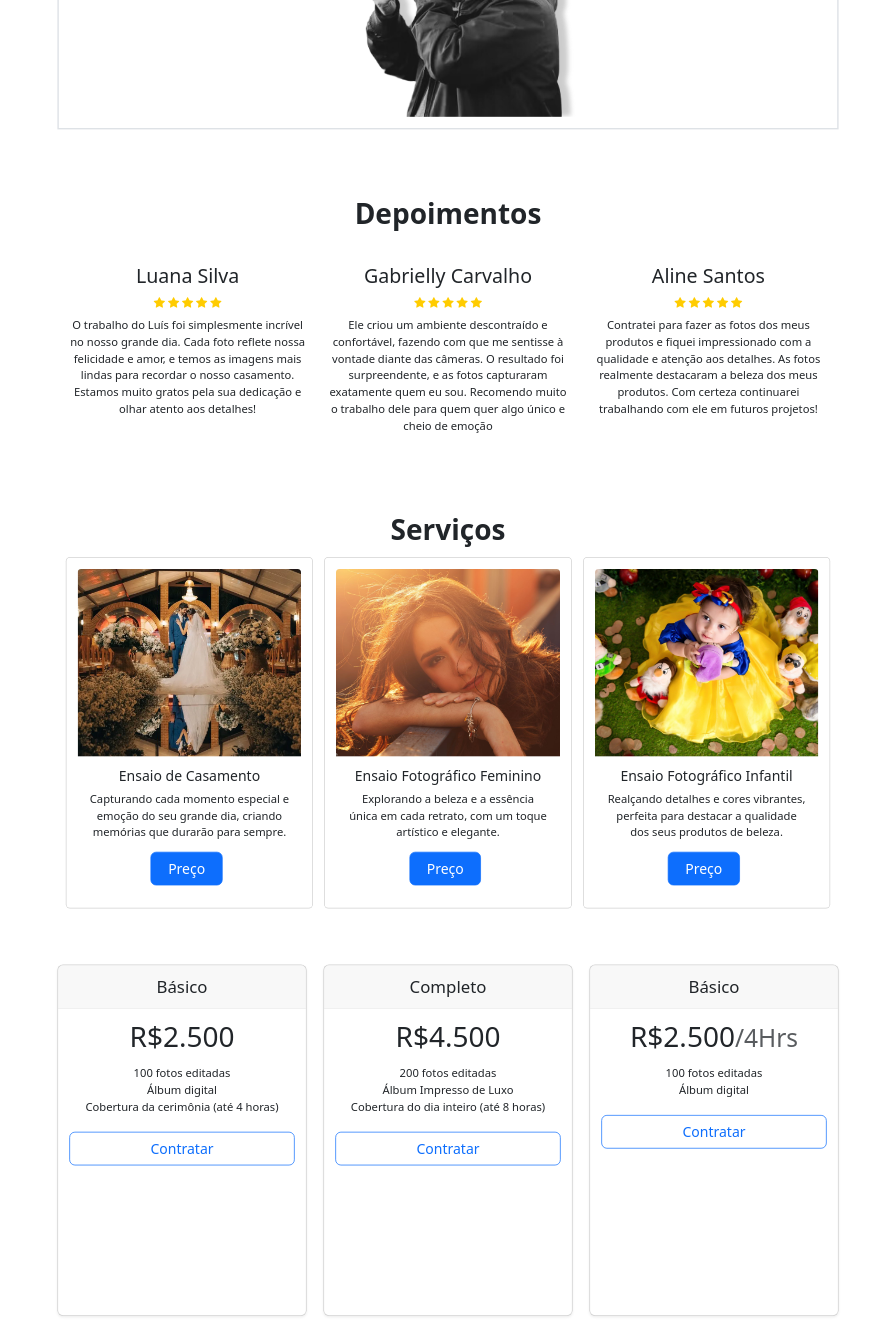
Repository: Marinalr-25/portifolio-fotografia
Page: index.html
An editor plug-in stored every save of this project. The page is shown before and after the next save, followed by the edit.
The browser window is 1280 px wide. The pictures show the part of the page from y = 2107 to 4027 px (the page is 4027 px tall), at 70% of full size.
A picture or video elsewhere on the page could not be fetched, so the positions and the page height are approximate.

Above is the page before, as saved 2025-01-20 13:38:25.

### index.html
<!DOCTYPE html>
<html lang="pt-BR" data-bs-theme="dark">
  <head>
    <meta charset="utf-8" />
    <meta name="viewport" content="width=device-width, initial-scale=1" />
    <title>Portifolio Fotográfia</title>
    <link
      href="https://cdn.jsdelivr.net/npm/bootstrap@5.3.3/dist/css/bootstrap.min.css"
      rel="stylesheet"
      integrity="sha384-QWTKZyjpPEjISv5WaRU9OFeRpok6YctnYmDr5pNlyT2bRjXh0JMhjY6hW+ALEwIH"
      crossorigin="anonymous"
    />
    <!-- Bootstrap Icons -->
    <link
      href="https://cdn.jsdelivr.net/npm/bootstrap-icons/font/bootstrap-icons.css"
      rel="stylesheet"
    />
    <link rel="stylesheet" href="css/style.css" />
  </head>
  <body>
    <!-- Header -->
    <div class="container">
      <header
        class="d-flex flex-wrap justify-content-center py-3 mb-4 border-bottom fixed-top header header-light"
      >
        <a
          href="/"
          class="d-flex align-items-center mb-3 mb-md-0 me-md-auto link-body-emphasis text-decoration-none"
        >
          <svg
            xmlns="http://www.w3.org/2000/svg"
            width="40"
            height="32"
            class="d-block m-4 my-1 m"
            viewBox="0 0 118 94"
            role="img"
          >
            <title>Bootstrap</title>
            <path
              fill-rule="evenodd"
              clip-rule="evenodd"
              d="M24.509 0c-6.733 0-11.715 5.893-11.492 12.284.214 6.14-.064 14.092-2.066 20.577C8.943 39.365 5.547 43.485 0 44.014v5.972c5.547.529 8.943 4.649 10.951 11.153 2.002 6.485 2.28 14.437 2.066 20.577C12.794 88.106 17.776 94 24.51 94H93.5c6.733 0 11.714-5.893 11.491-12.284-.214-6.14.064-14.092 2.066-20.577 2.009-6.504 5.396-10.624 10.943-11.153v-5.972c-5.547-.529-8.934-4.649-10.943-11.153-2.002-6.484-2.28-14.437-2.066-20.577C105.214 5.894 100.233 0 93.5 0H24.508zM80 57.863C80 66.663 73.436 72 62.543 72H44a2 2 0 01-2-2V24a2 2 0 012-2h18.437c9.083 0 15.044 4.92 15.044 12.474 0 5.302-4.01 10.049-9.119 10.88v.277C75.317 46.394 80 51.21 80 57.863zM60.521 28.34H49.948v14.934h8.905c6.884 0 10.68-2.772 10.68-7.727 0-4.643-3.264-7.207-9.012-7.207zM49.948 49.2v16.458H60.91c7.167 0 10.964-2.876 10.964-8.281 0-5.406-3.903-8.178-11.425-8.178H49.948z"
              fill="currentColor"
            ></path>
          </svg>
          <span class="fs-4">Fotográfo Bootstrap</span>
        </a>

        <ul class="nav nav-pills">
          <li class="nav-item">
            <a href="#home" class="nav-link" aria-current="page">Home</a>
          </li>
          <li class="nav-item">
            <a href="#galeria" class="nav-link">Galeria</a>
          </li>
          <li class="nav-item">
            <a href="#sobre" class="nav-link">Sobre mim</a>
          </li>
          <li class="nav-item">
            <a href="#clientes" class="nav-link">Depoimentos</a>
          </li>
          <li class="nav-item">
            <a href="#servicos" class="nav-link">Serviços</a>
          </li>
          <li class="nav-item">
            <a href="#contato" class="nav-link">Contato</a>
          </li>
          <button id="toggleThemeBtn" class="btn btn-light me-3">
            <i id="themeIcon" class="bi bi-brightness-high"></i>
          </button>
        </ul>
      </header>
    </div>

    <!-- Hero -->
    <div id="home" class="container col-xxl-8 px-4 py-5">
      <div class="row flex-lg-row-reverse align-items-center g-5 py-5">
        <div class="col-10 col-sm-8 col-lg-6">
          <img
            src="src/fotografiaHero.jpg"
            class="d-block mx-lg-auto img-fluid img-hero"
            alt="Bootstrap Themes"
            width="700"
            height="500"
            loading="lazy"
          />
        </div>
        <div class="col-lg-6">
          <h1 class="fw-bold text-body-emphasis lh-1 mb-3">
            Capturando Momentos, Criando Memórias
          </h1>
          <p class="lead">
            Com uma abordagem única e criativa, busco capturar a essência de
            cada cena e emoção. Meu trabalho é uma mistura de técnica, paixão e
            sensibilidade. Através da minha lente, tento criar imagens que falam
            por si mesmas.
          </p>
          <div class="d-grid gap-2 d-md-flex justify-content-md-start">
            <button type="button" class="btn btn-primary btn-lg px-4 me-md-2">
              Veja meu trabalho
            </button>
            <button type="button" class="btn btn-outline-secondary btn-lg px-4">
              Entre em Contato
            </button>
          </div>
        </div>
      </div>
    </div>

    <!-- Galeria -->
    <div id="galeria" class="container text-center col-xxl-8 px-4 py-5">
      <h1 class="fw-bold mb-3">Galeria</h1>
      <div class="row">
        <div class="col-sm-6 col-md-4 col-lg-3 text-center mb-4">
          <img
            class="ensaio object-fit-cover img-thumbnail"
            src="src/galeria-ensaio1.jpg"
            alt="ensaio 1"
          />
        </div>
        <div class="caixa col-sm-6 col-md-4 col-lg-3 mb-4">
          <img
            class="ensaio object-fit-cover img-thumbnail"
            src="src/galeria-ensaio2.jpg"
            alt="ensaio 1"
          />
        </div>
        <div class="col-sm-6 col-md-4 col-lg-3 mb-4">
          <img
            class="ensaio object-fit-cover border rounded img-thumbnail"
            src="src/galeria-ensaio3.jpg"
            alt="ensaio 1"
          />
        </div>
        <div class="col-sm-6 col-md-4 col-lg-3 mb-4">
          <img
            class="ensaio object-fit-cover img-thumbnail"
            src="src/galeria-ensaio4.jpg"
            alt="ensaio 1"
          />
        </div>
        <div class="col-sm-6 col-md-4 col-lg-3 mb-4">
          <img
            class="ensaio object-fit-cover img-thumbnail"
            src="src/galeria-ensaio5.jpg"
            alt="ensaio 1"
          />
        </div>
        <div class="col-sm-6 col-md-4 col-lg-3 mb-4">
          <img
            class="ensaio menino object-fit-cover img-thumbnail"
            src="src/galeria-ensaio6.jpg"
            alt="ensaio 1"
          />
        </div>
        <div class="col-sm-6 col-md-4 col-lg-3 mb-4">
          <img
            class="ensaio object-fit-cover img-thumbnail"
            src="src/galeria-ensaio7.jpg"
            alt="ensaio 1"
          />
        </div>
        <div class="col-sm-6 col-md-4 col-lg-3 mb-4">
          <img
            class="ensaio object-fit-cover img-thumbnail"
            src="src/galeria-ensaio8.jpeg"
            alt="ensaio 1"
          />
        </div>
      </div>
    </div>

    <!-- Sobre mim -->
    <div id="sobre" class="container px-4 py-5">
      <div class="row justify-content-center align-items-center">
        <h1 class="fw-bold mb-3 text-center">Sobre Mim</h1>
        <div
          class="row p-3 border border-2 d-flex justify-content-center align-items-center"
        >
          <div class="col-lg-8 pe-3">
            <p class="lead">
              Olá! Meu nome é Luís, sou fotógrafo apaixonado por capturar a
              beleza do mundo e das pessoas através da minha lente. Desde jovem,
              sempre tive uma afinidade pela arte visual, o que me levou a
              explorar a fotografia como uma forma de expressão.
            </p>
            <p class="lead">
              Com uma formação sólida e experiência prática, minha especialidade
              está em fotografia de retratos, eventos, casamentos e produtos,
              mas sempre busco inovar e desafiar meus próprios limites
              criativos. Acredito que cada fotografia conta uma história única e
              é capaz de transmitir emoções que palavras não podem expressar.
            </p>
            <p class="lead">
              A fotografia para mim é mais do que apenas um trabalho – é uma
              paixão que me permite conectar com o mundo e com as pessoas de uma
              maneira muito especial. Cada clique é uma oportunidade de
              eternizar sentimentos, momentos e histórias.
            </p>
            <p class="lead">
              Estou sempre em busca de novas experiências e oportunidades para
              expandir minha visão artística e, assim, oferecer o melhor para
              cada pessoa que confia em meu trabalho.
            </p>
          </div>
          <div class="fotografo"></div>
        </div>
      </div>
    </div>

    <!-- Clientes -->
    <div id="clientes" class="container col-xxl-8 px-4 py-5">
      <div class="col mx-auto">
        <h1 class="fw-bold text-center mb-5">Depoimentos</h1>
        <div class="row">
          <div class="col-lg-4 text-center">
            <h3>Luana Silva</h3>
            <div class="mb-2">
              <i class="bi bi-star-fill estrela"></i>
              <i class="bi bi-star-fill estrela"></i>
              <i class="bi bi-star-fill estrela"></i>
              <i class="bi bi-star-fill estrela"></i>
              <i class="bi bi-star-fill estrela"></i>
            </div>

            <p>
              O trabalho do Luís foi simplesmente incrível no nosso grande dia.
              Cada foto reflete nossa felicidade e amor, e temos as imagens mais
              lindas para recordar o nosso casamento. Estamos muito gratos pela
              sua dedicação e olhar atento aos detalhes!
            </p>
          </div>
          <div class="col-lg-4 text-center">
            <h3>Gabrielly Carvalho</h3>
            <div class="mb-2">
              <i class="bi bi-star-fill estrela"></i>
              <i class="bi bi-star-fill estrela"></i>
              <i class="bi bi-star-fill estrela"></i>
              <i class="bi bi-star-fill estrela"></i>
              <i class="bi bi-star-fill estrela"></i>
            </div>
            <p>
              Ele criou um ambiente descontraído e confortável, fazendo com que
              me sentisse à vontade diante das câmeras. O resultado foi
              surpreendente, e as fotos capturaram exatamente quem eu sou.
              Recomendo muito o trabalho dele para quem quer algo único e cheio
              de emoção
            </p>
          </div>
          <div class="col-lg-4 text-center">
            <h3>Aline Santos</h3>
            <div class="mb-2">
              <i class="bi bi-star-fill estrela"></i>
              <i class="bi bi-star-fill estrela"></i>
              <i class="bi bi-star-fill estrela"></i>
              <i class="bi bi-star-fill estrela"></i>
              <i class="bi bi-star-fill estrela"></i>
            </div>
            <p>
              Contratei para fazer as fotos dos meus produtos e fiquei
              impressionado com a qualidade e atenção aos detalhes. As fotos
              realmente destacaram a beleza dos meus produtos. Com certeza
              continuarei trabalhando com ele em futuros projetos!
            </p>
          </div>
        </div>
      </div>
    </div>

    <!-- Servicos -->
    <div id="servicos" class="container col-xxl-8 px-4 py-5 p-4 text-center">
      <h1 class="fw-bold mb-3">Serviços</h1>
      <div class="row g-3 mb-4">
        <div class="col-lg-4 col-12">
          <div class="card p-3 mb-2">
            <img
              src="src/casamento.webp"
              class="card-img-top"
              alt="ensaio fotografico de casamento"
            />
            <div class="card-body">
              <h5 class="card-title">Ensaio de Casamento</h5>
              <p class="card-text">
                Capturando cada momento especial e emoção do seu grande dia,
                criando memórias que durarão para sempre.
              </p>
              <button
                id="precoCasamento"
                type="button"
                class="btn btn-primary btn-lg px-4 me-md-2"
              >
                Preço
              </button>
            </div>
          </div>
        </div>
        <div class="col-lg-4 col-12">
          <div class="card p-3 mb-2">
            <img
              src="src/ensaiofotografico.jpeg"
              class="card-img-top"
              alt="ensaio fotografico de uma mulher"
            />
            <div class="card-body">
              <h5 class="card-title">Ensaio Fotográfico Feminino</h5>
              <p class="card-text">
                Explorando a beleza e a essência única em cada retrato, com um
                toque artístico e elegante.
              </p>
              <button
                id="precoFeminino"
                type="button"
                class="btn btn-primary btn-lg px-4 me-md-2"
              >
                Preço
              </button>
            </div>
          </div>
        </div>
        <div class="col-lg-4 col-12">
          <div class="card p-3 mb-2">
            <img
              src="src/crianca.jpeg"
              class="card-img-top"
              alt="ensaio fotografico de produto (maquiagem)"
            />
            <div class="card-body">
              <h5 class="card-title">Ensaio Fotográfico Infantil</h5>
              <p class="card-text">
                Realçando detalhes e cores vibrantes, perfeita para destacar a
                qualidade dos seus produtos de beleza.
              </p>
              <button
                id="precoCrianca"
                type="button"
                class="btn btn-primary btn-lg px-4 me-md-2"
              >
                Preço
              </button>
            </div>
          </div>
        </div>
      </div>
    </div>

    <!-- Preco -->
    <div class="container casamento">
      <div class="row row-cols-1 row-cols-md-3 mb-3 text-center">
        <div class="col">
          <div class="card mb-4 rounded-3 shadow-sm">
            <div class="card-header py-3">
              <h4 class="my-0 fw-normal">Básico</h4>
            </div>
            <div class="card-body">
              <h1 class="card-title pricing-card-title">R$2.500</h1>
              <ul class="list-unstyled mt-3 mb-4">
                <li>100 fotos editadas</li>
                <li>Álbum digital</li>
                <li>Cobertura da cerimônia (até 4 horas)</li>
              </ul>
              <button
                type="button"
                class="w-100 btn btn-lg btn-outline-primary"
              >
                Contratar
              </button>
            </div>
          </div>
        </div>
        <div class="col">
          <div class="card mb-4 rounded-3 shadow-sm">
            <div class="card-header py-3">
              <h4 class="my-0 fw-normal">Completo</h4>
            </div>
            <div class="card-body">
              <h1 class="card-title pricing-card-title">R$4.500</h1>
              <ul class="list-unstyled mt-3 mb-4">
                <li>200 fotos editadas</li>
                <li>Álbum Impresso de Luxo</li>
                <li>Cobertura do dia inteiro (até 8 horas)</li>
              </ul>
              <button
                type="button"
                class="w-100 btn btn-lg btn-outline-primary"
              >
                Contratar
              </button>
            </div>
          </div>
        </div>
        <div class="col">
          <div class="card mb-4 rounded-3 shadow-sm">
            <div class="card-header py-3">
              <h4 class="my-0 fw-normal">Básico</h4>
            </div>
            <div class="card-body">
              <h1 class="card-title pricing-card-title">
                R$2.500<small class="text-body-secondary fw-light">/4Hrs</small>
              </h1>
              <ul class="list-unstyled mt-3 mb-4">
                <li>100 fotos editadas</li>
                <li>Álbum digital</li>
              </ul>
              <button
                type="button"
                class="w-100 btn btn-lg btn-outline-primary"
              >
                Contratar
              </button>
            </div>
          </div>
        </div>
      </div>
    </div>

    <script
      src="https://cdn.jsdelivr.net/npm/@popperjs/core@2.11.8/dist/umd/popper.min.js"
      integrity="sha384-I7E8VVD/ismYTF4hNIPjVp/Zjvgyol6VFvRkX/vR+Vc4jQkC+hVqc2pM8ODewa9r"
      crossorigin="anonymous"
    ></script>
    <script
      src="https://cdn.jsdelivr.net/npm/bootstrap@5.3.3/dist/js/bootstrap.min.js"
      integrity="sha384-0pUGZvbkm6XF6gxjEnlmuGrJXVbNuzT9qBBavbLwCsOGabYfZo0T0to5eqruptLy"
      crossorigin="anonymous"
    ></script>
    <script src="js/script.js"></script>
  </body>
</html>

### css/style.css
/* Style Bootstrap */

.bd-placeholder-img {
  font-size: 1.125rem;
  text-anchor: middle;
  -webkit-user-select: none;
  -moz-user-select: none;
  user-select: none;
}

@media (min-width: 768px) {
  .bd-placeholder-img-lg {
    font-size: 3.5rem;
  }
}

.b-example-divider {
  width: 100%;
  height: 3rem;
  background-color: rgba(0, 0, 0, 0.1);
  border: solid rgba(0, 0, 0, 0.15);
  border-width: 1px 0;
  box-shadow: inset 0 0.5em 1.5em rgba(0, 0, 0, 0.1),
    inset 0 0.125em 0.5em rgba(0, 0, 0, 0.15);
}

.b-example-vr {
  flex-shrink: 0;
  width: 1.5rem;
  height: 100vh;
}

.bi {
  vertical-align: -0.125em;
  fill: currentColor;
}

.nav-scroller {
  position: relative;
  z-index: 2;
  height: 2.75rem;
  overflow-y: hidden;
}

.nav-scroller .nav {
  display: flex;
  flex-wrap: nowrap;
  padding-bottom: 1rem;
  margin-top: -1px;
  overflow-x: auto;
  text-align: center;
  white-space: nowrap;
  -webkit-overflow-scrolling: touch;
}

.btn-bd-primary {
  --bd-violet-bg: #712cf9;
  --bd-violet-rgb: 112.520718, 44.062154, 249.437846;

  --bs-btn-font-weight: 600;
  --bs-btn-color: var(--bs-white);
  --bs-btn-bg: var(--bd-violet-bg);
  --bs-btn-border-color: var(--bd-violet-bg);
  --bs-btn-hover-color: var(--bs-white);
  --bs-btn-hover-bg: #6528e0;
  --bs-btn-hover-border-color: #6528e0;
  --bs-btn-focus-shadow-rgb: var(--bd-violet-rgb);
  --bs-btn-active-color: var(--bs-btn-hover-color);
  --bs-btn-active-bg: #5a23c8;
  --bs-btn-active-border-color: #5a23c8;
}

.bd-mode-toggle {
  z-index: 1500;
}

.bd-mode-toggle .dropdown-menu .active .bi {
  display: block !important;
}

/* CSS próprio */
#galeria,
#sobre,
#clientes {
  scroll-margin-top: 50px;
}
/* Header */
.header-light {
  background-color: #fff;
  color: #000;
}

.header-dark {
  background-color: #212529;
  color: #fff;
}

/* Hero */
.img-hero {
  width: 1000px;
}

/* Galeria */
.ensaio {
  width: 100%;
  height: 250px;
}

.card {
  height: 502px;
}

/* sobre mim */
.fotografo {
  background-image: url(/src/fotografosombracortada.png);
  background-position: center;
  background-repeat: no-repeat;
  background-size: contain;
  width: 364px;
  height: 308px;
}

/* Clientes */
.estrela {
  color: #ffcc00;
}

/* Servico */
.card-img-top {
  width: 100%;
  height: 300px;
  object-fit: cover;
}

.menino {
  object-position: 50% 35%;
}

.casamento {
  display: block;
}

### js/script.js
const toggleThemeBtn = document.getElementById('toggleThemeBtn');
const themeIcon = document.getElementById('themeIcon');
const header = document.querySelector('.header');
const body = document.body;

// Função para definir o ícone, tema e a classe do botão ao carregar a página
function setInitialTheme() {
  if (body.getAttribute('data-bs-theme') === 'dark') {
    themeIcon.classList.remove('bi-brightness-high');
    themeIcon.classList.add('bi-moon-stars-fill');
    toggleThemeBtn.classList.remove('btn-light');
    toggleThemeBtn.classList.add('btn-dark');
  } else {
    body.setAttribute('data-bs-theme', 'light');
    themeIcon.classList.remove('bi-moon-stars-fill');
    themeIcon.classList.add('bi-brightness-high');
    toggleThemeBtn.classList.remove('btn-dark');
    toggleThemeBtn.classList.add('btn-light');
  }
}

// Definir o tema inicial ao carregar
setInitialTheme();

toggleThemeBtn.addEventListener('click', () => {
  if (body.getAttribute('data-bs-theme') === 'dark') {
    body.setAttribute('data-bs-theme', 'light');
    themeIcon.classList.remove('bi-moon-stars-fill');
    themeIcon.classList.add('bi-brightness-high');
    header.classList.remove('header-dark');
    header.classList.add('header-light');
    toggleThemeBtn.classList.remove('btn-dark');
    toggleThemeBtn.classList.add('btn-light');
  } else {
    body.setAttribute('data-bs-theme', 'dark');
    themeIcon.classList.remove('bi-brightness-high');
    themeIcon.classList.add('bi-moon-stars-fill');
    header.classList.remove('header-light');
    header.classList.add('header-dark');
    toggleThemeBtn.classList.remove('btn-light');
    toggleThemeBtn.classList.add('btn-dark');
  }
});

After the next save:
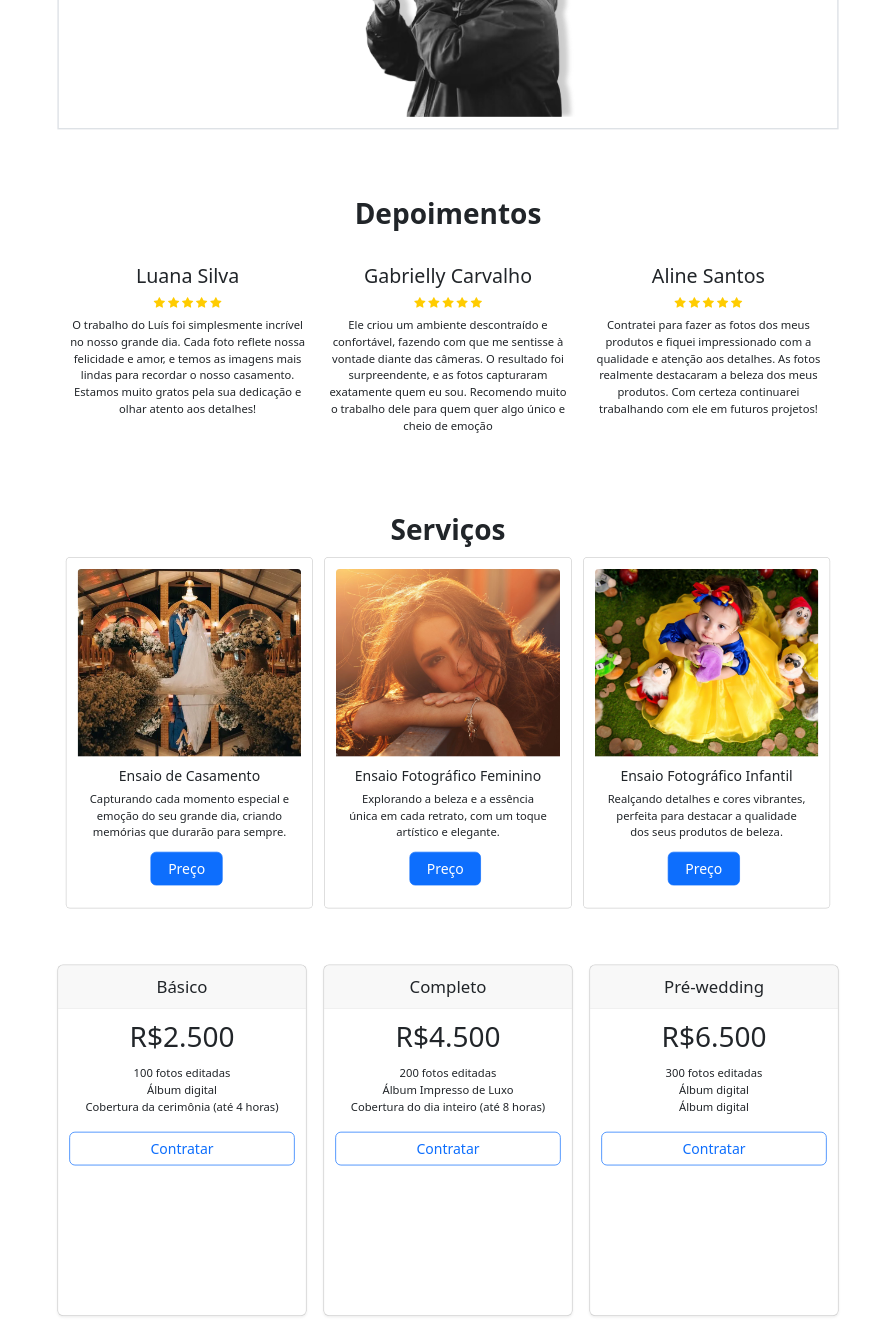
Saved 64 s later.
--- a/index.html
+++ b/index.html
@@ -391,14 +391,13 @@
         <div class="col">
           <div class="card mb-4 rounded-3 shadow-sm">
             <div class="card-header py-3">
-              <h4 class="my-0 fw-normal">Básico</h4>
-            </div>
-            <div class="card-body">
-              <h1 class="card-title pricing-card-title">
-                R$2.500<small class="text-body-secondary fw-light">/4Hrs</small>
-              </h1>
+              <h4 class="my-0 fw-normal">Pré-wedding</h4>
+            </div>
+            <div class="card-body">
+              <h1 class="card-title pricing-card-title">R$6.500</h1>
               <ul class="list-unstyled mt-3 mb-4">
-                <li>100 fotos editadas</li>
+                <li>300 fotos editadas</li>
+                <li>Álbum digital</li>
                 <li>Álbum digital</li>
               </ul>
               <button
